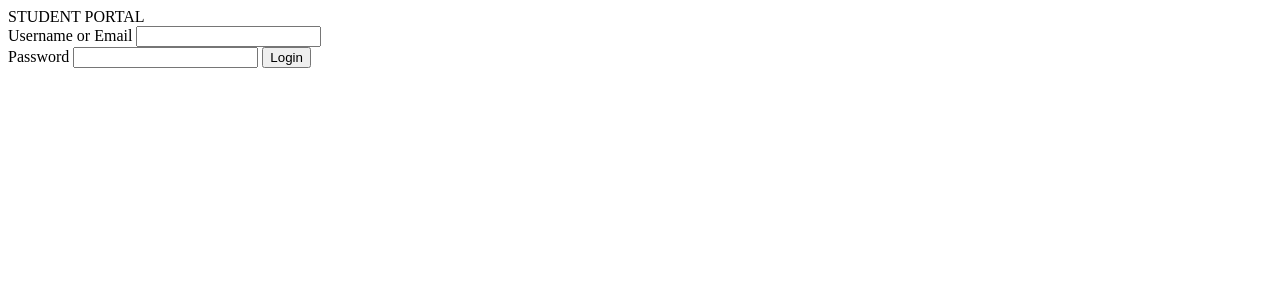
Repository: Kabera192/kabera_clapton_assignment1
Page: StudentAuthApp/src/main/webapp/index.html
An editor plug-in stored every save of this project. The page is shown before and after the next save, followed by the edit.
The browser window is 1280 px wide. The pictures show the whole page.

Above is the page before, as saved 2023-09-24 19:34:28.

### StudentAuthApp/src/main/webapp/index.html
<!DOCTYPE html>
<html>
<head>
<meta charset="UTF-8">
<title>Student Login</title>
</head>
<body>
	<header>
		STUDENT PORTAL
	</header>
	<main>
		<form>
			<label>Username or Email</label>
			<input type="text" name="username"><br>
			<label>Password</label>
			<input type="password" name="passwd">
			<button type="submit">Login</button>
		</form>
	</main>
</body>
</html>

After the next save:
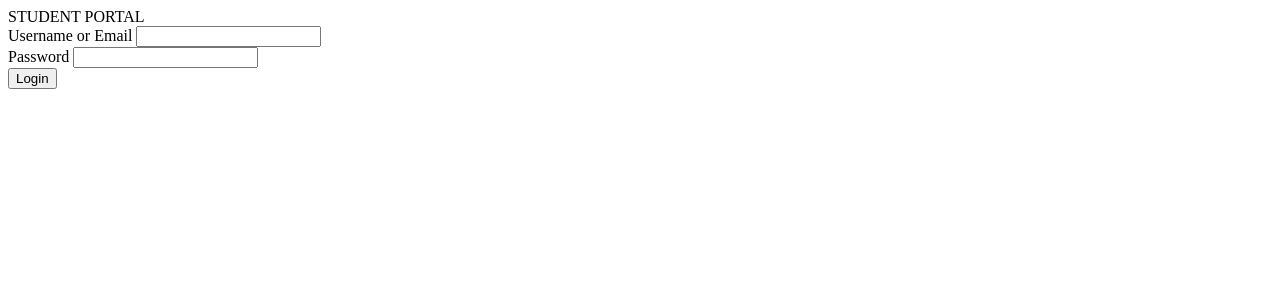
Saved 15 s later.
--- a/StudentAuthApp/src/main/webapp/index.html
+++ b/StudentAuthApp/src/main/webapp/index.html
@@ -13,7 +13,7 @@
 			<label>Username or Email</label>
 			<input type="text" name="username"><br>
 			<label>Password</label>
-			<input type="password" name="passwd">
+			<input type="password" name="passwd"><br>
 			<button type="submit">Login</button>
 		</form>
 	</main>
